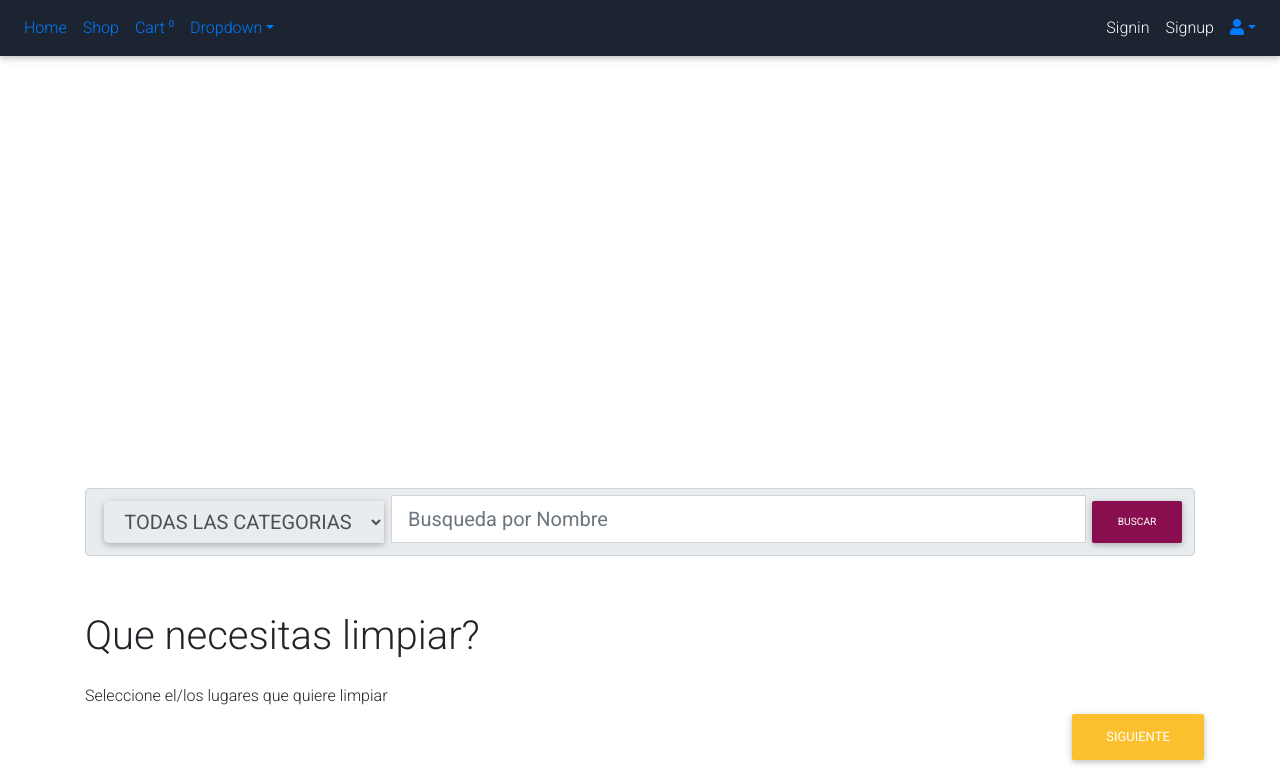
Repository: albertotorresfoltyn/e-commerce-front
Page: /
An editor plug-in stored every save of this project. The page is shown before and after the next save, followed by the edit.
The browser window is 1280 px wide. The pictures show the whole page.
The page's requests for data from a server got no answer. The project was rebuilt for these pictures with package versions that can differ from the ones it lists, and the page was loaded fresh each time. No one was signed in, and anything a server would have sent is missing. Also part of the build but not shown: src/user/Signup.js, src/user/Signin.js, src/core/ShowImage.js, src/core/Card.js, src/core/PlaceCard.js, src/auth/PrivateRoute.js, src/user/userDashboard.js, src/auth/AdminRoute.js and 13 more.

Above is the page before, as saved 2020-01-05 21:09:28.

### public/index.html
<!DOCTYPE html>
<html lang="en">
  <head>
    <meta charset="utf-8" />
    <link rel="shortcut icon" href="%PUBLIC_URL%/favicon.ico" />
    <meta name="viewport" content="width=device-width, initial-scale=1" />
    <meta name="theme-color" content="#000000" />

    <link rel="manifest" href="%PUBLIC_URL%/manifest.json" />
    <link rel="stylesheet" href="https://stackpath.bootstrapcdn.com/bootstrap/4.3.1/css/bootstrap.min.css"
    integrity="sha384-ggOyR0iXCbMQv3Xipma34MD+dH/1fQ784/j6cY/iJTQUOhcWr7x9JvoRxT2MZw1T"
    crossorigin="anonymous"/>
    <title>React App</title>
  </head>
  <body>
    <noscript>You need to enable JavaScript to run this app.</noscript>
    <div id="root"></div>
    <!--
      This HTML file is a template.
      If you open it directly in the browser, you will see an empty page.

      You can add webfonts, meta tags, or analytics to this file.
      The build step will place the bundled scripts into the <body> tag.

      To begin the development, run `npm start` or `yarn start`.
      To create a production bundle, use `npm run build` or `yarn build`.
    -->
  </body>
</html>

### src/index.js
import React from 'react';
import ReactDOM from 'react-dom';
import Routes from './Routes';
import '@fortawesome/fontawesome-free/css/all.min.css';
import 'bootstrap-css-only/css/bootstrap.min.css';
import 'mdbreact/dist/css/mdb.css';

ReactDOM.render(<Routes/>, document.getElementById('root'));

### src/Routes.js
import React from 'react';
import {BrowserRouter, Switch, Route} from 'react-router-dom'
import Signup from './user/Signup'
import Signin from './user/Signin'
import Home   from './core/Home'
import Privateroute from './auth/PrivateRoute'
import Dashboard from './user/userDashboard'
import AdminRoute from './auth/AdminRoute'
import AdminDashboard from './user/AdminDashboard';
import AddCategory from './admin/AddCategory';
import AddProduct from './admin/AddProduct'
import Shop from './core/Shop'
import Product from './core/Product'
import Cart from './core/Cart'
import Orders from './admin/Orders'


const Routes = () => {
    return (
    //makes the props available on these componentes
    <BrowserRouter>
        <Switch>
            <Route path="/"      exact component={Home}/>
            <Route path="/shop"exact component={Shop}/>
            <Route path="/signin"exact component={Signin}/>
            <Route path="/signup"exact component={Signup}/>
            <Privateroute path="/user/dashboard" exact component={Dashboard} />
            <AdminRoute  path="/admin/dashboard" exact component={AdminDashboard}/>
            <AdminRoute path="/create/category"exact component={AddCategory}/>
            <AdminRoute path="/create/product" exact component={AddProduct}/>
            <Route path="/product/:productId"exact component={Product}/>
            <Route path="/cart" exact component={Cart}/>
            <AdminRoute path="/admin/orders" exact component={Orders}/>
        </Switch>
    </BrowserRouter>
    );
};

export default Routes;

### src/core/Home.js
import React, { useState, useEffect } from 'react'
import Layout from './Layout'
import { getProducts, getPlaces } from './apiCore'
import Card from './Card'
import Search from './Search'
import PlaceCard from './PlaceCard'
import { MDBCard, MDBCardBody, MDBCardImage, MDBCardTitle, MDBCardText, MDBTooltip, MDBCardFooter, MDBBtn, MDBIcon } from "mdbreact";


const Home = () => {
  const [productsBySell, setProductBySell] = useState([])
  const [productsByArrival, setProductByArrival] = useState([])
  const [placesToClean, setPlacesToClean] = useState([])
  const [map, setMap] = useState({});
  const [error, setError] = useState(false);

  const loadProductsBySell = () => {
    getProducts('sold').then(data => {
      if ((!data) || (data.error)) {
        if (!data) { console.log('data is empty') }
        else { console.log(data.error) }
      } else {
        setProductBySell(data)
      }
    })
  }
  const loadProductsByArrival = () => {
    getProducts('createdAt').then(data => {
      if ((!data) || (data.error)) {
        if (!data) { console.log('data is empty') }
        else { console.log(data.error) }
      } else {
        setProductByArrival(data)
      }
    })
  }
  const loadPlacesToClean = () => {
    getPlaces('createdAt').then(data => {
      if ((!data) || (data.error)) {
        if (!data) { console.log('data is empty') }
        else { console.log(data.error) }
      } else {
        setPlacesToClean(data);
        const tmp = {};
        data.map(d => {
          tmp[d._id] = false;
        })
        debugger;
        setMap(tmp);
      }
    })
  }

  const toggleInMap = (value) => {
    debugger;
    map[value] = !map[value]; console.log('shit', map)
    setMap({ ...map });
  }

  useEffect(() => {
    loadPlacesToClean()
    loadProductsByArrival()
    loadProductsBySell()
  }, [])

  return (
    <Layout title="E-commerce Limpieza" description="Created by EPA!" className="container-fluid center">
      <Search />
      {/*<h2 className="mb-4">New Arrivals</h2>
      <div className="row">
        {productsByArrival.map((product, i) => (
          <div key={i} className="col-3 mb-3">
            <Card product={product} />
          </div>
        ))}
      </div>
      <h2 className="mb-4">Best Sellers</h2>
      <div className="row">
        {productsBySell.map((product, i) => (
          <div key={i} className="col-3 mb-3">
            <Card product={product} />
          </div>
        ))}
        </div>*/}
      <div className="row">
        <div className="container mb-3">
          <h1 className="mb-4">Que necesitas limpiar?</h1>
          <span>Seleccione el/los lugares que quiere limpiar</span>
          <div className="row">
            {
              placesToClean.map((product) => {
                // console.log('state',map[product._id])
                return <>
                  <div key={product._id} className="col-3 mb-3">
                    <PlaceCard product={product} onClick={() => { toggleInMap(product._id) }} isSelected={map[product._id]} />
                  </div>
                </>
              }
              )
            }
          </div>
          <div className="row reverse">
            <MDBBtn right color="yellow">Siguiente</MDBBtn>
          </div>
        </div>
      </div>
    </Layout>
  );
}

export default Home;

### src/core/Layout.js
import React from 'react';
import Menu from './Menu'
import BannerTop from './BannerTop'
import '../styles.css'

const Layout = ({ className, children }) => (
    <div>
        <Menu />
        <BannerTop />
        <div className={className}>{children}</div>
    </div>

);

export default Layout;

### src/auth/index.js

import { API } from '../config';

 export const signup = (user) => {
    //console.log(name, email, password);
    return fetch(`${API}/signup`, {
        method: "POST",
        headers: {
            Accept: 'application/json',
            "Content-type":"application/json"
        },
        body: JSON.stringify(user)
    })
    .then(response => {
        return response.json();
    })
    .catch(err => {
        console.log(err);
    });
};

export const signin = (user) => {
    //console.log(name, email, password);
    return fetch(`${API}/signin`, {
        method: "POST",
        headers: {
            Accept: 'application/json',
            "Content-type":"application/json"
        },
        body: JSON.stringify(user)
    })
    .then(response => {
        return response.json();
    })
    .catch(err => {
        console.log(err);
    });
};

export const authenticate = (data, next) => {
    if (typeof window !== 'undefined') {
        localStorage.setItem('jwt', JSON.stringify(data))
        next();
    }
}

export const signout = next => {
    if (typeof window !== "undefined") {
        localStorage.removeItem("jwt");
        next();
        return fetch(`${API}/signout`, {
            method: "GET"
        })
            .then(response => {
                console.log("signout", response);
            })
            .catch(err => console.log(err));
    }
};

export const isAuthenticated = () => {
    if (typeof window == 'undefined') {
        return false
    }

    if (localStorage.getItem('jwt')) {
        return JSON.parse(localStorage.getItem('jwt'))
    } else {
        return false
    }
}

### src/core/apiCore.js
import { API } from '../config'
import React from 'react'
import queryString from 'query-string'

export const getProducts = (sortBy) => {
    return fetch(`${API}/products?sortBy=${sortBy}&order=desc&limit=6`, {
        method: "GET"
    })
        .then(response => {
            return response.json();
        })
        .catch(err => console.log(err));
};

export const getCategories = () => {
    return fetch(`${API}/categories`, {
        method: "GET"
    })
        .then(response => {
            return response.json();
        })
        .catch(err => console.log(err));
};

export const getPlaces = () => {
    return fetch(`${API}/places`, {
        method: "GET"
    })
        .then(response => {
            return response.json();
        })
        .catch(err => console.log(err));
};

export const getFilteredProducts = (skip, limit, filters = {}) => {
    const data = {
        limit, skip, filters
    };
    return fetch(`${API}/products/by/search`, {
        method: "POST",
        headers: {
            Accept: 'application/json',
            "Content-type": "application/json",
        },
        body: JSON.stringify(data)
    })
        .then(response => {
            return response.json();
        })
        .catch(err => {
            console.log(err);
        });
};

export const list = (params) => {
    const query = queryString.stringify(params); //sent the proper query strings to backend
    console.log('query: ', query)
    return fetch(`${API}/products/search?${query}`, {
        method: "GET"
    })
        .then(response => {
            return response.json();
        })
        .catch(err => console.log(err));
};

export const read = (productId) => {
    return fetch(`${API}/product/${productId}`, {
        method: "GET"
    })
        .then(response => {
            return response.json();
        })
        .catch(err => console.log(err));
};

export const listRelated = (productId) => {
    return fetch(`${API}/products/related/${productId}`, {
        method: "GET"
    })
        .then(response => {
            return response.json();
        })
        .catch(err => console.log(err));
};

export const getBraintreeClientToken = (userId, token) => {
    return fetch(`${API}/braintree/getToken/${userId}`, {
        method: "GET",
        headers: {
            Accept: "application/json",
            "Content-type": "application/json",
            Authorization: `Bearer ${token}`
        }
    })
        .then(response => {
            return response.json();
        })
        .catch(err => console.log(err));
};

export const processPayment = (userId, token, paymentData) => {
    return fetch(`${API}/braintree/payment/${userId}`, {
        method: "POST",
        headers: {
            Accept: "application/json",
            "Content-type": "application/json",
            Authorization: `Bearer ${token}`
        },
        body: JSON.stringify(paymentData)
    })
        .then(response => {
            return response.json();
        })
        .catch(err => console.log(err));
};

export const createOrder = (userId, token, createOrderData) => {
    return fetch(`${API}/order/create/${userId}`, {
        method: "POST",
        headers: {
            Accept: "application/json",
            "Content-type": "application/json",
            Authorization: `Bearer ${token}`
        },
        body: JSON.stringify({ order: createOrderData })
    })
        .then(response => {
            return response.json();
        })
        .catch(err => console.log(err));
};

### src/core/Search.js
import React, { useState, useEffect } from 'react'
import Layout from "./Layout"
import { getCategories, list } from "./apiCore"
import Card from "./Card"
import { MDBCol, MDBFormInline, MDBBtn } from "mdbreact";

const Search = () => {

    const [data, setData] = useState({
        categories: [],
        category: '',
        search: '',
        results: [],
        searched: false
    });

    const { categories, category, search, results, searched } = data;

    const loadCategories = () => {
        getCategories().then(data => {
            if ((!data) || (data.error)) {
                setData({ ...[], categories: [] })
                if (!data) { console.log('data is empty') }
                else { console.log(data.error) }
            } else {
                setData({ ...data, categories: data })
            }
        })
    }

    useEffect(() => {
        loadCategories()
    }, [])


    const searchData = () => {
        //console.log(search, category)
        if (search) {
            list({ search: search || undefined, category: category })
                .then(response => {
                    if (response.error) {
                        console.log(response.error)
                    } else {
                        setData({ ...data, results: response, searched: true })
                    }
                })

        }
    }

    const searchSubmit = (e) => {
        e.preventDefault();
        searchData();
    }

    const handleChange = (name) => event => {
        setData({ ...data, [name]: event.target.value, searched: false })
    };

    const searchMessage = (searched, results) => {
        if (searched && results.length > 0) {
            return `Se encontro/aron ${results.length} producto/s`
        }
        if (searched && results.length < 1) {
            return `No se encontraron productos`
        }
    };

    const searchedProducts = (results = []) => {
        return (
            <div>
                <h2 className="mt-4 mb-4">
                    {searchMessage(searched, results)}
                </h2>

                <div className="row">
                    {results.map((product, i) => (<Card key={i} product={product} />))}
                </div>
            </div>
        )
    }



    //search bar populate
    const searchForm = () => (
        <form onSubmit={searchSubmit}>
            <span className="input-group-text">
                <div className="input-group input-group-lg">
                    <div className="input-group-prepend">
                        <select className="btn mr-2" onChange={handleChange("category")}>
                            <option value="All">Todas las categorias</option>
                            { categories.map((c, i) => (
                                <option key={i} value={c._id}>
                                    {c.name}
                                </option>
                            ))}
                        </select>
                    </div>
                    <input
                        type="search"
                        className="form-control"
                        onChange={handleChange("search")}
                        placeholder="Busqueda por Nombre"
                    />
                    <MDBBtn color="unique" rounded size="sm" type="submit" className="mr-auto">Buscar</MDBBtn>
                </div>
            </span>
        </form>
    )

    return (
        <div className="row">
            <div className="container mb-3">
                {searchForm()}
            </div>

            <div className="container-fluid mb-3">
                {searchedProducts(results)}
            </div>
        </div>
    );
};

export default Search;

### src/core/cartHelpers.js
 export const addItem = (item, next) => {
     let cart = []
     if(typeof window !== 'undefined') {
         if (localStorage.getItem('cart')) {
             cart = JSON.parse(localStorage.getItem('cart')) //convert JSON to Object !== to JSON.stringify
         }
         cart.push({
             ...item,
             count: 1
         })

         //remove duplicates
         //build an Array from new Set and turn it back into array using Array.from
         //so that later we can re-map it
         //new set will only allow unique values in it
         //so pass the ids of each object/product
         //If the loop tries to add the same value again, it'll get ignored
         //...with the array of ids we got on when first map() was used
         //run map() on it again and return the actual product from the cart

         cart = Array.from(new Set(cart.map((p) => (p._id) ))).map(id => {
             return cart.find(p => p._id === id)
         })

         localStorage.setItem('cart', JSON.stringify(cart))
         next()
     }
 }

 //total items in the cart:

 export const itemTotal = () => {
     if (typeof window !== 'undefined') {
         if (localStorage.getItem("cart")) {
             return JSON.parse(localStorage.getItem("cart")).length;
         }
     }
     return 0
 }

 export const getCart = () => {
    if (typeof window !== 'undefined') {
        if (localStorage.getItem("cart")) {
            return JSON.parse(localStorage.getItem("cart"));
        }
    }
    return []
}
//update the products count
export const updateItem = (productId, count) => {
     let cart = [];
     if (typeof window !== "undefined") {
         if (localStorage.getItem("cart")){
             cart = JSON.parse(localStorage.getItem("cart"));
         }

         cart.map((product, i) => {
             if (product._id === productId) {
                 cart[i].count = count;
             }
         })

         localStorage.setItem("cart", JSON.stringify(cart));

     }
}

//remove items from cart
export const removeItem = (productId) => {
    let cart = [];
    if (typeof window !== "undefined") {
        if (localStorage.getItem("cart")){
            cart = JSON.parse(localStorage.getItem("cart"));
        }

        cart.map((product, i) => {
            if (product._id === productId) {
                cart.splice(i, 1);
            }
        })

        localStorage.setItem("cart", JSON.stringify(cart));
    }
    return cart;
};

export const emptyCart = next => {
    if (typeof window !== 'undefined') {
        localStorage.removeItem('cart')
    }
}

### src/core/Menu.js
import React, {Fragment} from 'react'
import {Link, withRouter} from 'react-router-dom';
import { signout, isAuthenticated } from '../auth'
import { itemTotal } from './cartHelpers'
import { MDBNavbar, /*MDBNavbarBrand,*/ MDBNavbarNav, MDBNavItem, MDBNavLink, MDBNavbarToggler, MDBCollapse, MDBDropdown,
    MDBDropdownToggle, MDBDropdownMenu, MDBDropdownItem, MDBIcon } from "mdbreact";
const isActive = (history, path) => {
    if (history.location.pathname === path){
        return { color: "#ff9900" };
    } else {
        return { color: "#ffffff" }
    }

};
//this way we have access to prop.history
const Menu = ({ history }) => (
    <MDBNavbar color="unique-color-dark" expand="md">
        <MDBCollapse id="navbarCollapse3" isOpen={true} navbar>
          <MDBNavbarNav left>
            <MDBNavItem active>
              <MDBNavLink to="/">Home</MDBNavLink>
            </MDBNavItem>
            <MDBNavItem>
              <MDBNavLink to="/shop">Shop</MDBNavLink>
            </MDBNavItem>
            <MDBNavItem>
              <MDBNavLink to="/cart">Cart{" "}<sup>
                                    <small className="cart-badge">{itemTotal()}</small>
                                </sup></MDBNavLink>
            </MDBNavItem>
            {isAuthenticated() && isAuthenticated().user.role === 0 && (
                    <MDBNavItem>
                        <MDBNavLink to="/user/dashboard">Dashboard</MDBNavLink>
                        </MDBNavItem>
              )}
                          {isAuthenticated() && isAuthenticated().user.role === 1 && (
                    <MDBNavItem>
                        <MDBNavLink to="/admin/dashboard">Dashboard</MDBNavLink>
                        </MDBNavItem>
              )}
            <MDBNavItem>
              <MDBDropdown>
                <MDBDropdownToggle nav caret>
                  <div className="d-none d-md-inline">Dropdown</div>
                </MDBDropdownToggle>
                <MDBDropdownMenu className="dropdown-default">
                  <MDBDropdownItem href="#!">Action</MDBDropdownItem>
                  <MDBDropdownItem href="#!">Another Action</MDBDropdownItem>
                  <MDBDropdownItem href="#!">Something else here</MDBDropdownItem>
                  <MDBDropdownItem href="#!">Something else here</MDBDropdownItem>
                </MDBDropdownMenu>
              </MDBDropdown>
            </MDBNavItem>
          </MDBNavbarNav>
          <MDBNavbarNav right>
          {!isAuthenticated() && (
                <Fragment>
                     <li className="nav-item">
                          <Link className="nav-link" style ={isActive(history, '/signin')} to="/signin">Signin</Link>
                    </li>

                    <li className="nav-item">
                        <Link className="nav-link" style={isActive(history, '/signup')} to="/signup">Signup</Link>
                    </li>
                </Fragment>
            )}

            {isAuthenticated() && (
                    <li className="nav-item">
                            <span className="nav-link" style={{cursor: "pointer", color: "#ffffff" }} onClick={() =>
                                signout(() => {
                                history.push("/"); //take the user to homepage after signout
                                })
                            }
                            >
                                Signout
                            </span>

                     </li>
            )}
            <MDBNavItem>
              <MDBDropdown>
                <MDBDropdownToggle nav caret>
                  <MDBIcon icon="user" />
                </MDBDropdownToggle>
                <MDBDropdownMenu className="dropdown">
                  <MDBDropdownItem href="#!">Action</MDBDropdownItem>
                  <MDBDropdownItem href="#!">Another Action</MDBDropdownItem>
                  <MDBDropdownItem href="#!">Something else here</MDBDropdownItem>
                  <MDBDropdownItem href="#!">Something else here</MDBDropdownItem>
                </MDBDropdownMenu>
              </MDBDropdown>
            </MDBNavItem>
          </MDBNavbarNav>
        </MDBCollapse>
      </MDBNavbar>
)

export default withRouter(Menu);

### src/core/BannerTop.js
import React from 'react';
import { MDBCol, MDBCardTitle } from "mdbreact";
import Background from '../resources/wood.jpg';

var sectionStyle = {
  backgroundImage: "url(" + { Background } + ")"
};
const BannerTop = ({title = "Title", description = "Description"}) => {
    return<MDBCol className="text-white text-center py-5 px-4"  style={sectionStyle}>
        <MDBCol className="py-5">
            <MDBCardTitle className="h1-responsive pt-4 m-5 font-bold">{title}</MDBCardTitle>
            <p className="mx-5 mb-5">{description} </p>
        </MDBCol>
    </MDBCol>
}

export default BannerTop;

### src/styles.css
.maxWidth150{
max-width: 150px;

}

.center {
  align-content: center;
  align-items: center;
  align-self: center;
}

.reverse {
  flex-direction: row-reverse;
}

Loaded but not shown: src/config.js (common file)

After the next save:
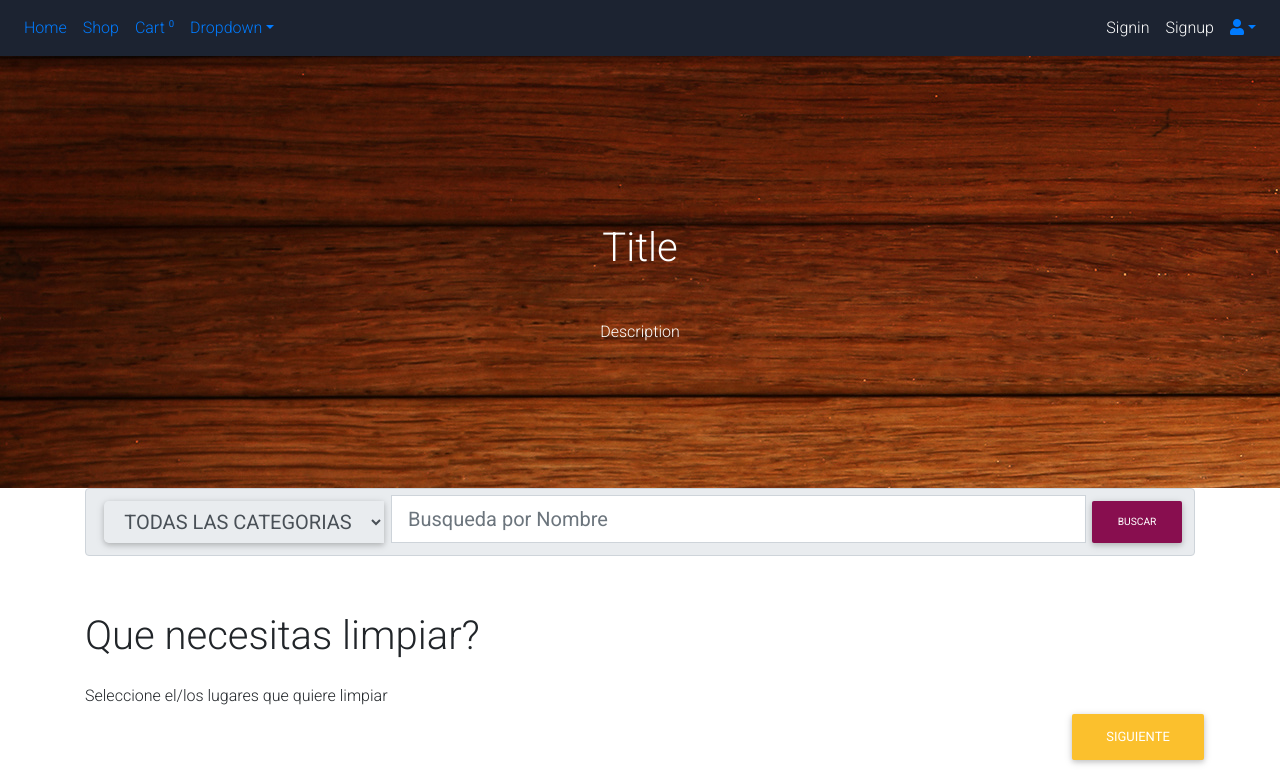
Saved 75 s later.
--- a/src/core/BannerTop.js
+++ b/src/core/BannerTop.js
@@ -3,7 +3,7 @@ import { MDBCol, MDBCardTitle } from "mdbreact";
 import Background from '../resources/wood.jpg';
 
 var sectionStyle = {
-  backgroundImage: "url(" + { Background } + ")"
+  backgroundImage: `url(${Background})`
 };
 const BannerTop = ({title = "Title", description = "Description"}) => {
     return<MDBCol className="text-white text-center py-5 px-4"  style={sectionStyle}>
